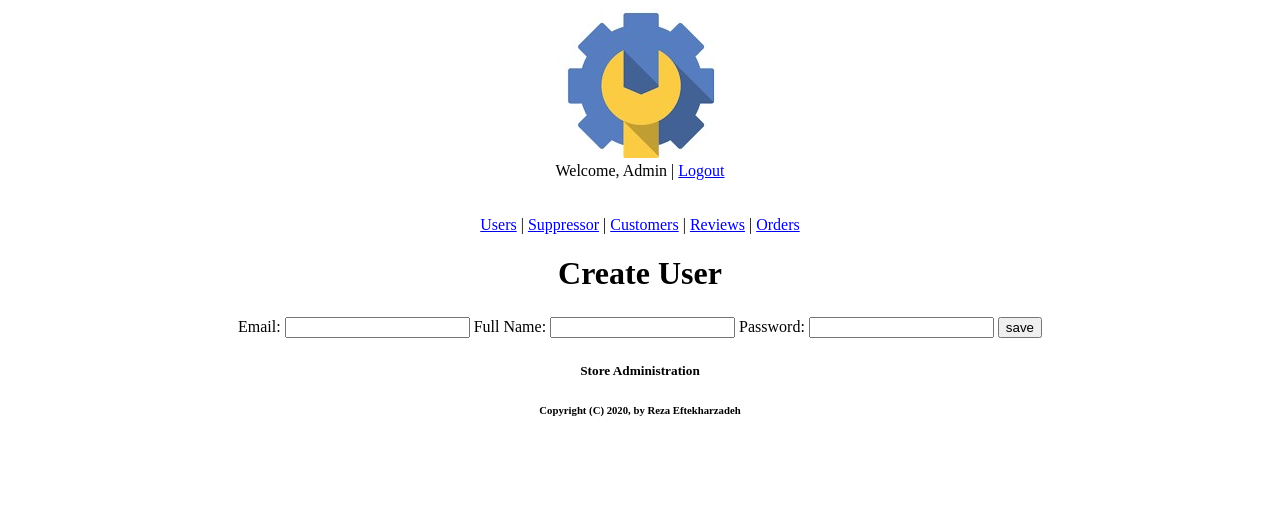
Repository: RezaEftekharzadeh/frey
Page: http://localhost/SilencerStoreProject/admin/user_create.jsp
An editor plug-in stored every save of this project. The page is shown before and after the next save, followed by the edit.
The browser window is 1280 px wide. The pictures show the whole page.
The page is served by Tomcat 9. Nobody is signed in. The application's start-up code is not run. Other server files are loaded and not shown.

Above is the page before, as saved 2020-07-18 11:33:25.

### SilencerStoreProject/WebContent/admin/user_create.jsp
<%@ page language="java" contentType="text/html; charset=ISO-8859-1"
    pageEncoding="ISO-8859-1"%>
<!DOCTYPE html>
<html>
<head>
<meta charset="ISO-8859-1">
<title>Create User</title>
</head>
<body>
<jsp:include page="header.jsp" />
	<div align="center">
	     <h1>Create User</h1>
    </div>

    <div align="center">
    	<form action="create_user" method="post">

    		<table>

    			<tr>

    				<td>Email:</td>
    				<td><input type="text" size="20">
    				<td>Full Name:</td>
    				<td><input type="text" size="20">
    				<td>Password:</td>
    				<td><input type="password" size="20">
    				<td><input type="submit" value="save"></td>

    			</tr>


    		</table>


    	</form>

    </div>



     <jsp:include page="footer.jsp" />
</body>
</html>

### SilencerStoreProject/WebContent/admin/header.jsp
<div align="center">

	<div >
		 <img src="../images/admin-page.jpg">
	</div>

	<div >
	  Welcome, Admin | <a href="logout">Logout</a>
	</div>
	<br><br>

	<div>
		<a href="list_users">Users</a> |
		<a href="suppressor">Suppressor</a> |
		<a href="customers">Customers</a> |
		<a href="reviews">Reviews</a> |
		<a href="orders">Orders</a>
	</div>
</div>

### SilencerStoreProject/WebContent/admin/footer.jsp

<div align="center">

 <h5>Store Administration</h5>
 <h6> Copyright (C) 2020, by Reza Eftekharzadeh</h6>



</div>

After the next save:
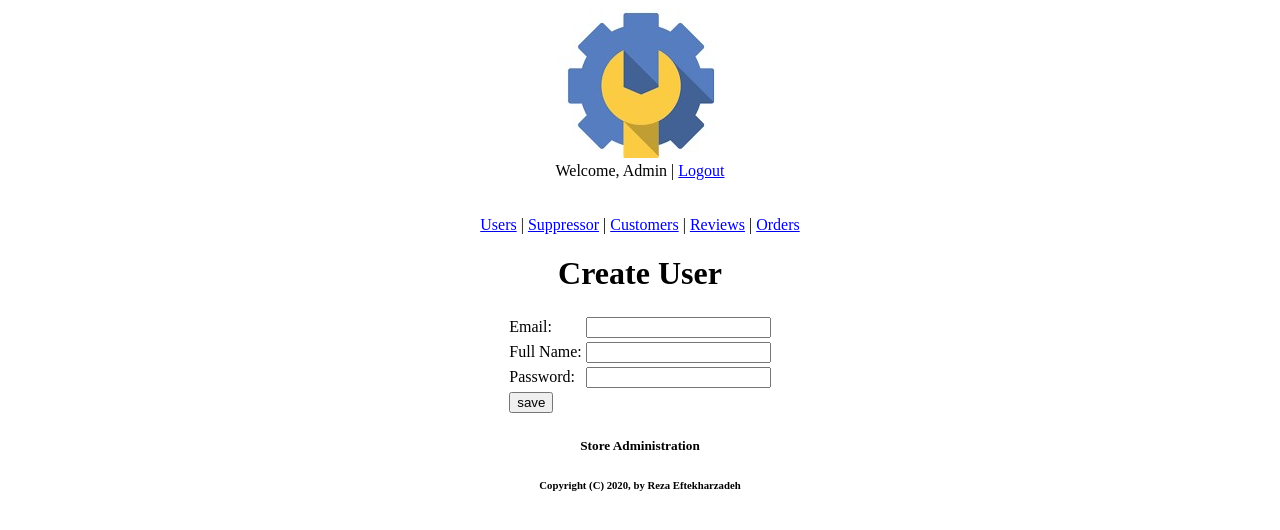
Saved 6 min 14 s later.
--- a/SilencerStoreProject/WebContent/admin/user_create.jsp
+++ b/SilencerStoreProject/WebContent/admin/user_create.jsp
@@ -21,13 +21,20 @@
 
     				<td>Email:</td>
     				<td><input type="text" size="20">
+    			</tr>
+    			<tr>
     				<td>Full Name:</td>
     				<td><input type="text" size="20">
+    			</tr>
+    			<tr>
     				<td>Password:</td>
     				<td><input type="password" size="20">
+    			</tr>
+    			<tr>
     				<td><input type="submit" value="save"></td>
+    			</tr>
 
-    			</tr>
+
 
 
     		</table>
